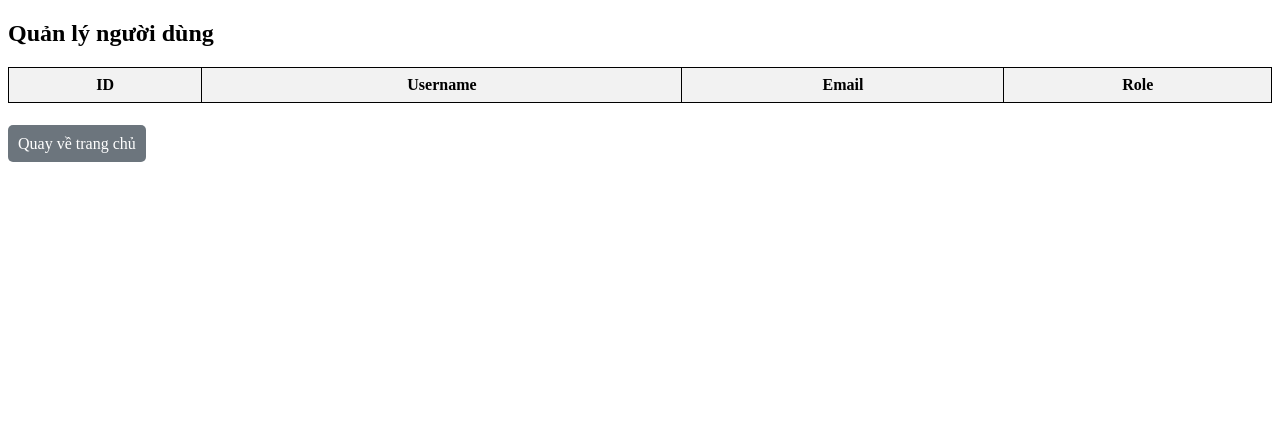
Repository: TuanAnhNguyen723/DanhGiaKIemDinh
Page: http://localhost/phpmailer/quanly.php
The author's editor kept a copy of each file at every save. The page is drawn from the files as they stood at one save, then again after the next save.
The browser window is 1280 px wide. The pictures show the whole page.
The page is run by PHP 8.4 with error messages shown; the project is at /var/www/html/. Queries for data that is not in the repository find no rows.

Above is the page before, as saved 2024-05-24 10:40:58.

After the next save:
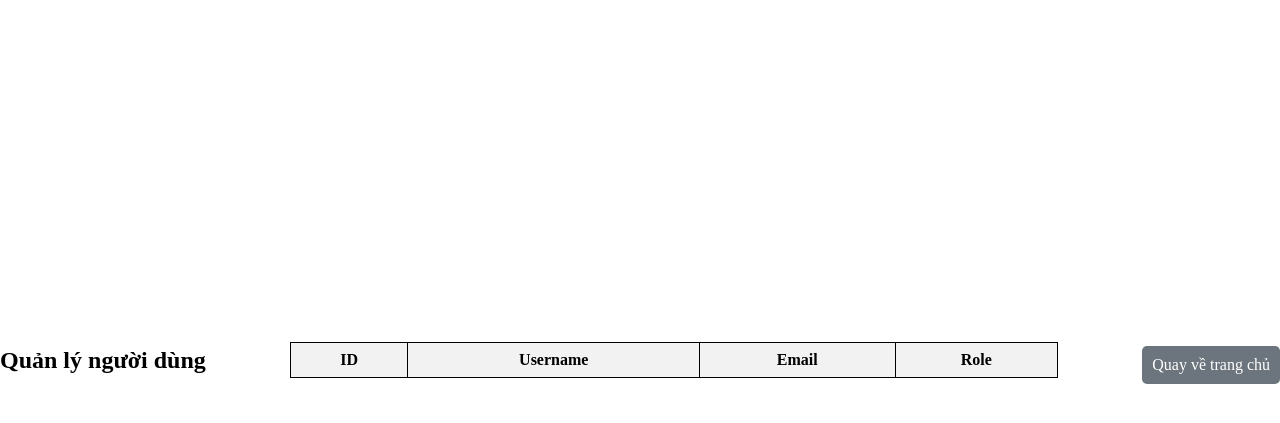
Saved 4 min 6 s later.
--- a/quanly.php
+++ b/quanly.php
@@ -38,9 +38,18 @@
 <meta name="viewport" content="width=device-width, initial-scale=1.0">
 <title>User Table</title>
 <style>
+    body {
+        display: flex;
+        justify-content: center;
+        align-items: center;
+        height: 100vh;
+        margin: 0;
+    }
     table {
-        width: 100%;
+        width: 60%;
+        max-width: 800px; /* Tối đa 800px */
         border-collapse: collapse;
+        margin: auto; /* Để căn giữa */
     }
     table, th, td {
         border: 1px solid black;

After the save that followed:
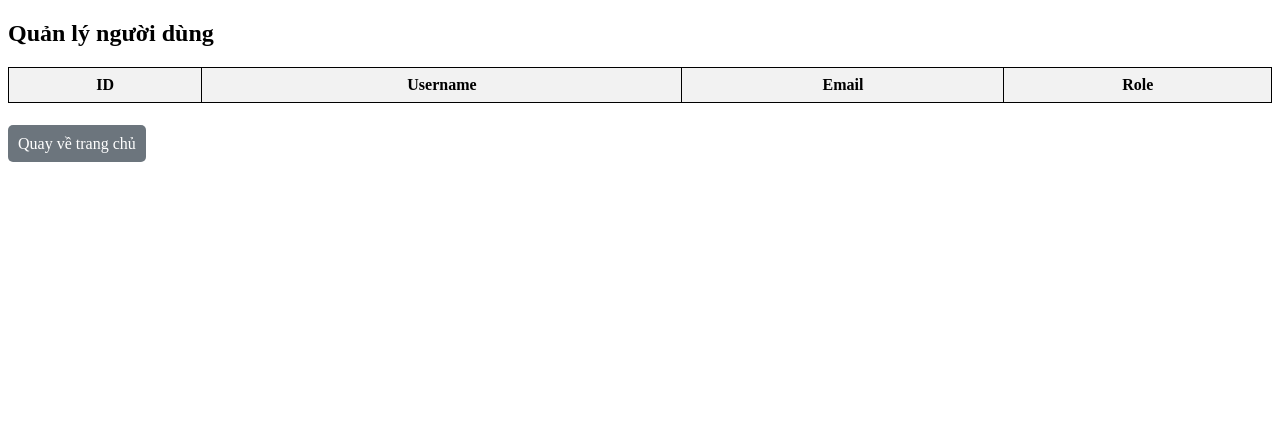
Saved 16 s later.
--- a/quanly.php
+++ b/quanly.php
@@ -38,18 +38,9 @@
 <meta name="viewport" content="width=device-width, initial-scale=1.0">
 <title>User Table</title>
 <style>
-    body {
-        display: flex;
-        justify-content: center;
-        align-items: center;
-        height: 100vh;
-        margin: 0;
-    }
     table {
-        width: 60%;
-        max-width: 800px; /* Tối đa 800px */
+        width: 100%;
         border-collapse: collapse;
-        margin: auto; /* Để căn giữa */
     }
     table, th, td {
         border: 1px solid black;
